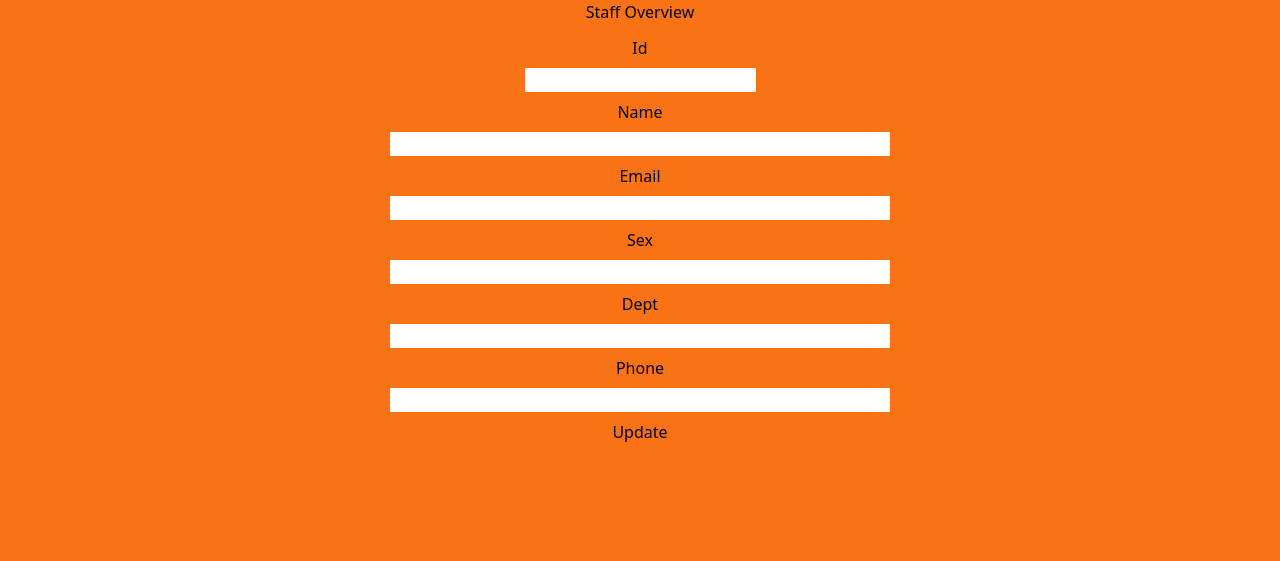
Repository: Semanmernstack/crud
Page: /employee/create
These files come from the project's save history. The page is drawn as it stood at one moment and after the next save; the edit follows.
The browser window is 1280 px wide. The pictures show the whole page.
The project was rebuilt for these pictures with package versions that can differ from the ones it lists, and the page was loaded fresh each time. Also part of the build but not shown: src/List.js, src/Details.js, src/Edit.js.

Above is the page before, as saved 2022-12-24 01:45:17.

### src/App.js
import List from "./List";
import {
  BrowserRouter,
  Routes,
  Route,

} from "react-router-dom";
import Details from "./Details";
import Create from "./Create";
import Edit from "./Edit";



function App() {
  return (
    <div className="bg-slate-100 h-screen">
      <BrowserRouter>

      <Routes>
        <Route path="/" element={<List/>}> </Route>
        <Route path="/employee/create" element={<Create/>}> </Route>
        <Route path="/employee/details/:empid" element={<Details/>}> </Route>
        <Route path="/employee/edit/:empid" element={<Edit/>}> </Route>
      </Routes>
      </BrowserRouter>

    </div>
  );
}

export default App;

### src/Create.js
import React from 'react'

function Create() {
  return (
    <div className="flex flex-col h-screen bg-orange-500   text-center ">
        <div>
            <p>Staff Overview</p>
        </div>
        <form className="">
          <div className="flex text-center p-3 justify-center   items-center flex-col gap-2">
            <div className="flex flex-col  items-center">
              <span>Id</span>
              <input className='w-full mt-2 outline-none border-none'   type="text" />
            </div>
            <div className="flex flex-col w-[500px] items-center">
              <span>Name</span>
              <input className='w-full mt-2 outline-none border-none' type="text" required />
            </div>
            <div className="flex flex-col w-[500px] items-center">
              <span>Email</span>
              <input className='w-full mt-2 outline-none border-none' type="email" />
            </div>
            <div className="flex flex-col w-[500px] items-center">
              <span>Sex</span>
              <input className='w-full mt-2 outline-none border-none' type="text" />
            </div>
            <div className="flex flex-col w-[500px] items-center">
              <span>Dept</span>
              <input className='w-full mt-2 outline-none border-none' type="text" />
            </div>
            <div className="flex flex-col w-[500px] items-center">
              <span>Phone</span>
              <input className='w-full mt-2 outline-none border-none' type="number" />
            </div>
            <button>Update</button>
          </div>
        </form>
    </div>
  )
}

export default Create

Loaded but not shown: public/index.html (common file); src/index.js (common file); src/index.css (common file); src/reportWebVitals.js (common file); tailwind.config.js (common file)

After the next save:
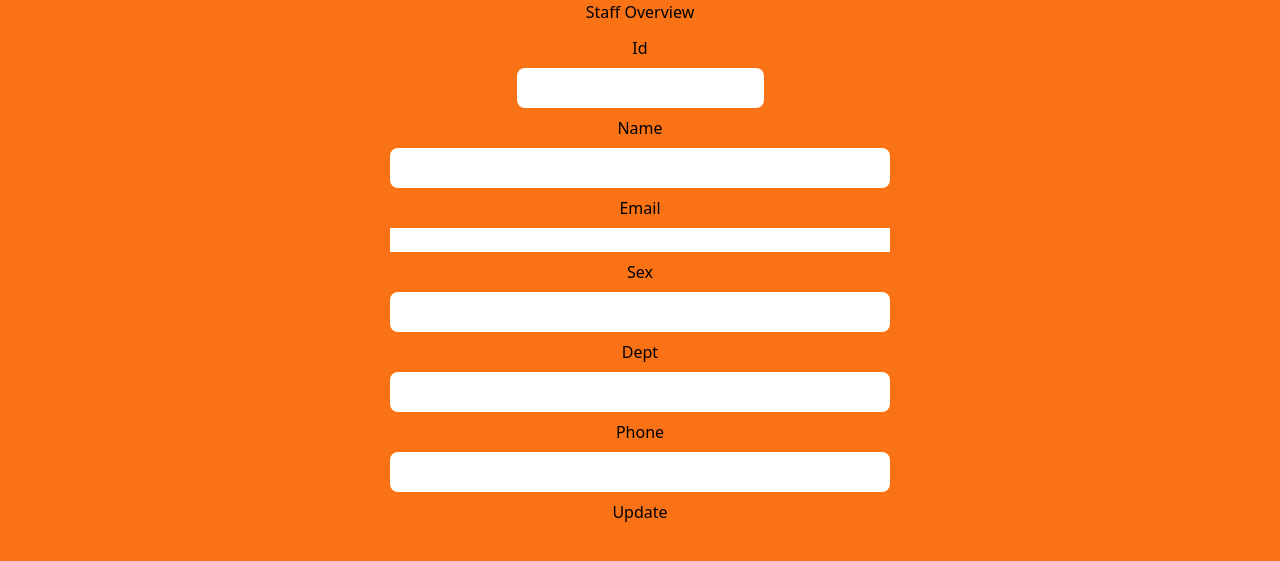
Saved 103 s later.
--- a/src/Create.js
+++ b/src/Create.js
@@ -10,11 +10,11 @@ function Create() {
           <div className="flex text-center p-3 justify-center   items-center flex-col gap-2">
             <div className="flex flex-col  items-center">
               <span>Id</span>
-              <input className='w-full mt-2 outline-none border-none'   type="text" />
+              <input className='w-full mt-2 outline-none border-none p-2 rounded-lg'   type="text" />
             </div>
             <div className="flex flex-col w-[500px] items-center">
               <span>Name</span>
-              <input className='w-full mt-2 outline-none border-none' type="text" required />
+              <input className='w-full mt-2 outline-none border-none p-2 rounded-lg' type="text" required />
             </div>
             <div className="flex flex-col w-[500px] items-center">
               <span>Email</span>
@@ -22,15 +22,15 @@ function Create() {
             </div>
             <div className="flex flex-col w-[500px] items-center">
               <span>Sex</span>
-              <input className='w-full mt-2 outline-none border-none' type="text" />
+              <input className='w-full mt-2 outline-none border-none p-2 rounded-lg' type="text" />
             </div>
             <div className="flex flex-col w-[500px] items-center">
               <span>Dept</span>
-              <input className='w-full mt-2 outline-none border-none' type="text" />
+              <input className='w-full mt-2 outline-none border-none p-2 rounded-lg' type="text" />
             </div>
             <div className="flex flex-col w-[500px] items-center">
               <span>Phone</span>
-              <input className='w-full mt-2 outline-none border-none' type="number" />
+              <input className='w-full mt-2 outline-none border-none p-2 rounded-lg' type="number" />
             </div>
             <button>Update</button>
           </div>
